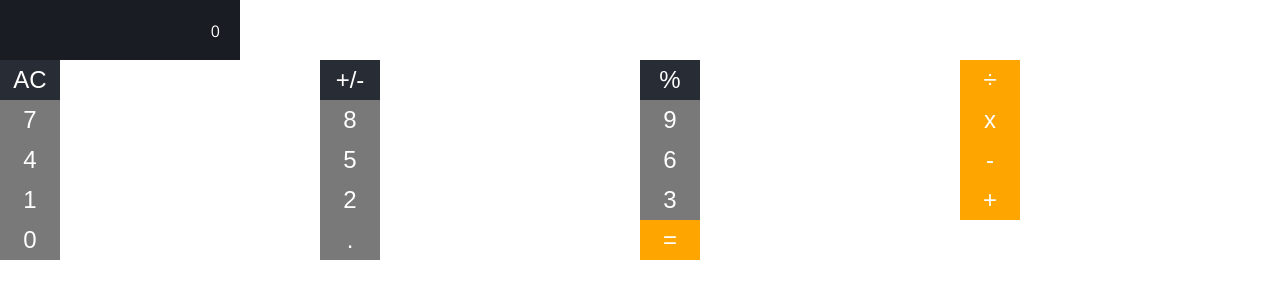
Repository: catsarenotreal/CalculatorWebApp
Page: /
An editor plug-in stored every save of this project. The page is shown before and after the next save, followed by the edit.
The browser window is 1280 px wide. The pictures show the whole page.
The project was rebuilt for these pictures with package versions that can differ from the ones it lists, and the page was loaded fresh each time.

Above is the page before, as saved 2024-08-26 14:48:41.

### src/index.tsx
import React from 'react';
import ReactDOM from 'react-dom/client';
import './index.css';
import App from './App';
import reportWebVitals from './reportWebVitals';
import "@fontsource/open-sans";

const root = ReactDOM.createRoot(
  document.getElementById('root') as HTMLElement
);
root.render(
  <React.StrictMode>
    <App />
  </React.StrictMode>
);

// If you want to start measuring performance in your app, pass a function
// to log results (for example: reportWebVitals(console.log))
// or send to an analytics endpoint. Learn more: https://bit.ly/CRA-vitals
reportWebVitals();

### src/index.css



body {
  margin: 0;
  font-family: 'Open Sans'
    /* sans-serif; */
  /* -webkit-font-smoothing: antialiased;
  -moz-osx-font-smoothing: grayscale; */
}

code {
  font-family: source-code-pro, Menlo, Monaco, Consolas, 'Courier New',
    monospace;
}

### src/App.tsx
import React from 'react';
import { useState } from 'react';
import './App.css';

let stack : string[] = ['0']; // length should never be 0
// let prevOp : operations = "+";
var currNum : number = 0; // number on display to the display screen
var nextRefresh : boolean = false; // decides whether to refresh upon input of new numbers
var setAC : boolean = true;
// var restarted : boolean = true;

const operations = ["+", "-", "x", "÷", "="] as const;
type Operations = (typeof operations)[number];
const isOp = (x:any): x is Operations => operations.includes(x);

type Props = {
  val : string;
  colour : 'orange'|'darkgrey'|'lightgrey';
  setDisplay : React.Dispatch<React.SetStateAction<string>>;
}

function refresh(props : Props){
  stack.length = 0;
  stack = ['0'];
  currNum = 0;
  const setDisplay = props.setDisplay;
  setDisplay('0');
  setAC = true;
}

// function takeOp(op : string){

// }

function Buttons( { val, colour, setDisplay}  : Props){


  function stackBack(val : Operations | string){ // takes in operation, compresses the stack (nothing is returned)

    // after pressing an operation, work on the previous (if any) calculation and squeeze to one grid
    // basically when operation is encountered, squeeze previous into a number
    // assume that prev is number alr

    if (isOp(val)){ // is operation, "" only when % happens
      if (stack.length == 1){ // num only, only need to push in the op
        if (val === "="){
          return;
        }
        stack.push(val);
      }

      else{ // has num and operation, causes collapse of stack then adds the current op to the stack
        let firstNum : number = Number(stack[0]);
        let middleOp = stack[1];

        if (!isOp(middleOp)){
          console.log("error");
          return ; // this should not happen la.........
        }

        let answer = calculation(firstNum, currNum, middleOp);
        stack.length = 0; // collapsing

        if (typeof answer === "string"){ // for div by 0
          return; // returns with stack.lenght == 0
        }
        else {
          stack = [answer.toString()];
          if (val != "=") stack.push(val);  // pushes the current op // dont let "%" be pushed also
          currNum = answer;
        }
      }

    }

    else if (val === "%"){
      let answer = calculation(currNum, 0.01, "x"); // answer will be num

      stack.pop(); // remove currnum
      stack.push(answer.toString());
      currNum = answer;
    }

    else{ // is number

      if (stack.length == 2){ // digit + op only
        stack.push(val.toString());
        currNum = Number(val);
      }
      else if (stack.length == 1 || stack.length == 3){ // currently on number mode
        // dont run the op yet
        // only trying to push the second number tgt
        // ignore the first two elements
        currNum = currNum * 10 + Number(val);
        stack.pop(); // remove current existing number and replace with new one
        stack.push(currNum.toString());

      }
    }




  }

  function calculation(firstNum : number, secondNum : number, op : Operations) : number  {

    switch (op){
      case "+": //
        return firstNum + secondNum;
      case "-":
        return firstNum - secondNum;
      case "÷":
        return firstNum / secondNum; // if error just returns infinity anyway...
      case "x":
        return firstNum * secondNum;
      case "=": // will never happen
        return 0;
    }

  }

  function handleClick(props : Props){
    var val = props.val;
    // var setACDis = props.setACDis;

    if (nextRefresh) {
      refresh(props);
      // if (typeof setACDis != "undefined") setACDis("AC");
      nextRefresh = false;
    }

    if (val === "AC" || val === "C"){
      refresh(props);
      console.log("ac pressed outside");
      // if (typeof setACDis != "undefined") {
      //   setACDis("AC");
      // }
    }

    else if (val == "+/-"){
      // always only applies to currNum this is dumb
      stack[stack.length-1] = "-" + stack[stack.length-1];
      currNum = currNum * -1;
      setDisplay(currNum.toString());
    }

    else if (val === "%"){
      // literally just implicitly does a x0.01 on the current number (with brackets)

      stackBack("%") // push back an empty one?
      setDisplay(currNum.toString());

    }
    else{ // number
      // post-operation number
      setAC = false;
      if (isOp(val) || !Number.isNaN(Number(val))){
        console.log("helo");
        stackBack(val);
      }

      if (stack.length == 0){ // division by 0 has occured, trigger refresh
        setDisplay("Not a Number");
        refresh(props); // resets stack length to > 0
      }
      else{
        console.log(currNum);
        setDisplay(currNum.toString());
      }

      if (val === "="){
        nextRefresh = true;
      }

    }
  }

  return <button className = {`Buttons ${colour}`} onClick = {() => handleClick({ val, colour, setDisplay})}>
    {val}
  </button>
}

/*

value1 ? 'a' : 'b'

value1 || 'a'

// if value1 is true => value1
// if value1 is false => 'a'

value2 && 'a'
// if value2 is true => 'a'
// if value2 is false => ignore

*/

export default function Calc() {
  const [display, setDisplay] = useState('0'); // display is number by default
  const [ACdis, setACDis] = useState<'AC' | 'C'>('C'); // only changes to C when there are numbers in the stack (i.e. is active)
  // if (stack[0] != "0") setACDis("C");
  // if (stack.length > 2) setACDis('AC');
  // startWithRefresh(setACDis);
  return (
    <div>
      <div className = "row">
        <div className= "DisplayScreen">{`${(display)}`}</div>
      </div>
      <div className = "wrapper">
      {/* <div className = "row"> */}
        <Buttons val={setAC ? "AC" : "C"} colour = 'darkgrey' setDisplay = {setDisplay} />
        <Buttons val={'+/-'} colour = 'darkgrey' setDisplay = {setDisplay}/>
        <Buttons val={'%'} colour = 'darkgrey' setDisplay = {setDisplay} / >
        <Buttons val={'÷'} colour = 'orange' setDisplay = {setDisplay} />
      {/* </div> */}
      {/* <div className = "row"> */}
        <Buttons val={'7'} colour = 'lightgrey' setDisplay = {setDisplay} />
        <Buttons val={'8'} colour = 'lightgrey' setDisplay = {setDisplay}/>
        <Buttons val={'9'} colour = 'lightgrey' setDisplay = {setDisplay}/ >
        <Buttons val={'x'} colour = 'orange'  setDisplay = {setDisplay}/>
      {/* </div> */}
      {/* <div className = "row"> */}
        <Buttons val={'4'} colour = 'lightgrey' setDisplay = {setDisplay}/>
        <Buttons val={'5'} colour = 'lightgrey' setDisplay = {setDisplay}/>
        <Buttons val={'6'} colour = 'lightgrey' setDisplay = {setDisplay}/ >
        <Buttons val={'-'} colour = 'orange'  setDisplay = {setDisplay}/>
      {/* </div> */}
      {/* <div className = "row"> */}
        <Buttons val={'1'} colour = 'lightgrey' setDisplay = {setDisplay}/>
        <Buttons val={'2'} colour = 'lightgrey' setDisplay = {setDisplay}/>
        <Buttons val={'3'} colour = 'lightgrey' setDisplay = {setDisplay}/ >
        <Buttons val={'+'} colour = 'orange'  setDisplay = {setDisplay}/>
      {/* </div>
      <div className = "row"> */}
        <Buttons val={'0'} colour = 'lightgrey' setDisplay = {setDisplay}/>
        <Buttons val={'.'} colour = 'lightgrey' setDisplay = {setDisplay}/>
        <Buttons val={'='} colour = 'orange' setDisplay = {setDisplay}/>
      </div>
    </div>

  );
}

### src/App.css
.App {
  text-align: center;
}

.App-logo {
  height: 40vmin;
  pointer-events: none;
}


.App-header {
  background-color: #282c34;
  min-height: 100vh;
  display: flex;
  flex-direction: column;
  align-items: center;
  justify-content: center;
  font-size: calc(10px + 2vmin);
  color: white;
}

.App-link {
  color: #61dafb;
}


/* .DisplayScreen {
  background-color: rgb(24, 24, 24);
  text-align: right;
} */

.Buttons {
  text-align: center;
  box-shadow: none;
  outline: none;
  border: none;
  font-size: 1.5rem;
  color: white;
  height: 40px;
  width: 60px;
}


.Buttons.orange{
  background-color: orange;
}

.Buttons.orange:active{
  background-color: rgb(155, 101, 0);
}

.Buttons.lightgrey{
  background-color: #797979;
}

.Buttons.lightgrey:active{
  background-color: #4f4f4f;
}

.Buttons.darkgrey{
  background-color:#282c34;
}

.Buttons.darkgrey:active{
  background-color:#0b0d12;
}

.DisplayScreen{
  width: 200px;
  height: 20px;
  padding:20px;
  /* font-size: 100;
   */
  font-size:100%;
  font-weight: 100%;
  /* padding-bottom: ; */
  text-align: right;

  background-color: #191d23;
  color: white;
}

.wrapper {
  display: grid;
  column-gap:0;
  row-gap:0;
  grid-template-columns: auto auto auto auto;

}

Loaded but not shown: public/index.html (common file); src/reportWebVitals.ts (common file)

After the next save:
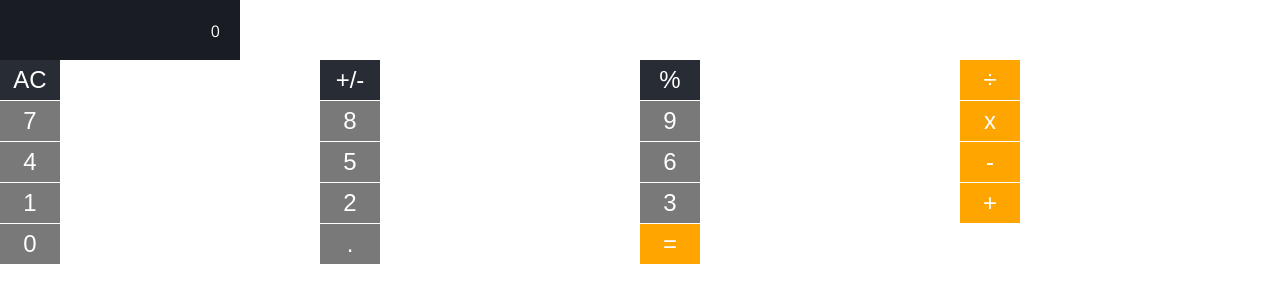
Saved 75 s later.
--- a/src/App.css
+++ b/src/App.css
@@ -83,7 +83,7 @@
 .wrapper {
   display: grid;
   column-gap:0;
-  row-gap:0;
+  row-gap:1px;
   grid-template-columns: auto auto auto auto;
 
 }
